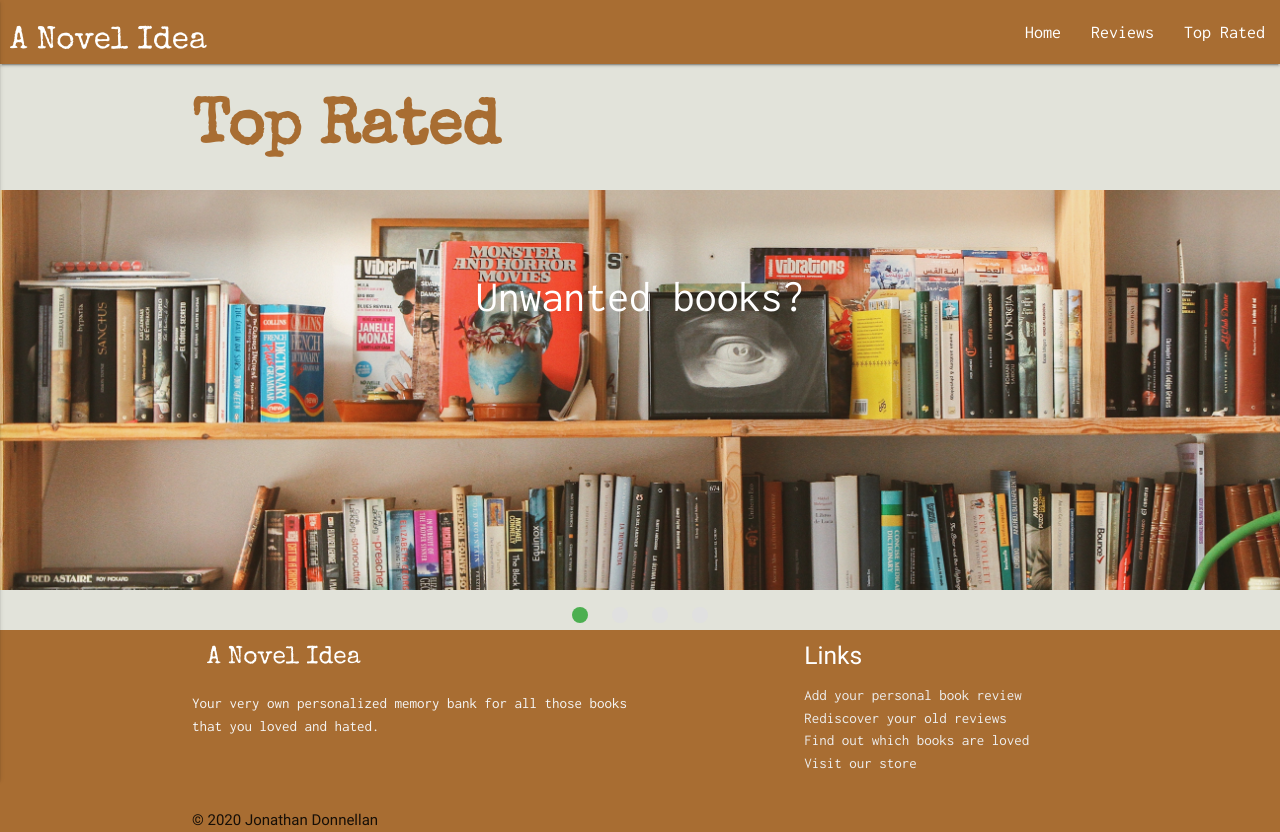
Repository: johnny-don/a-novel-idea
Page: http://localhost/top_rated
The author's editor kept a record of every edit. The page is drawn from the files as they stood at one moment, then again after the next edit.
The browser window is 1280 px wide. The pictures show the whole page.
Some web libraries are served in a nearby version. The page is served by the project's application, run on Flask 3 (app.py). Queries for data that is not in the repository find no rows.

Above is the page before.

### templates/toprated.html
{% extends 'base.html' %} {% block content %}
<div class="row sections"></div>
<div class="container col s6">
    <h1 class="headline">Top Rated</h1>
<ul>
    {% for rating in ratings %}

    <li>
        <div class="collapsible-header">

            <div class="col s12">

                <i class="material-icons prefix text-font">title</i>{{rating.title.upper()}}
                <i class="material-icons prefix text-font"><em>grade</em></i> {{rating.rating}}
            </div>
    </li>
    {% endfor %}

</ul>
</div>
    <div class="slider col s6">
    <ul class="slides">
      <li>
        <img src="static/images/home-bookshelf.jpg">
        <div class="caption center-align">
          <h3 class="text-font">Unwanted books?</h3>
        </div>
      </li>
      <li>
        <img src="static/images/woman-bookstore.jpg">
        <div class="caption left-align">
          <h3 class="text-font">We can find a new owner</h3>

        </div>
      </li>
      <li>
        <img src="static/images/bookshop.jpg">
        <div class="caption right-align">
          <h3 class="text-font">Bring them in</h3>

        </div>
      </li>
      <li>
        <img src="static/images/woman-back-bookstore.jpg">
        <div class="caption center-align">
          <h3 class="text-font">They are safe with us</h3>
          <a href="https://last-bookshop.business.site/" class="light grey-text text-lighten-3 text-font">Click here to visit our store</a>
        </div>
      </li>
    </ul>
  </div>

</div>

















{% endblock %}

### templates/base.html
<!DOCTYPE html>
<html lang="en">

<head>
    <meta charset="UTF-8">
    <meta name="viewport" content="width=device-width, initial-scale=1.0">
    <meta http-equiv="X-UA-Compatible" content="ie=edge">
    <link rel="stylesheet" href="{{url_for('static', filename='css/style.css')}}" type="text/css"/>
    <link href="https://fonts.googleapis.com/icon?family=Material+Icons" rel="stylesheet">
    <link rel="stylesheet" href="https://cdnjs.cloudflare.com/ajax/libs/materialize/0.100.2/css/materialize.min.css">
    <link href="https://fonts.googleapis.com/css?family=Special+Elite&display=swap" rel="stylesheet">


    <title>A Novel Idea</title>
</head>

<body>
      <header>
        <nav class="nav-foot">
            <div class="nav-wrapper">
                <a href="{{url_for('add_review')}}" class=" brand brand-logo">A Novel Idea</a>
                <a href="#" data-activates="mobile-demo" class="button-collapse"><i class="material-icons">menu</i></a>
                <ul id="nav-mobile" class="right hide-on-med-and-down">
                    <li><a href="{{url_for('add_review')}}" class="text-font menu-link">Home</a></li>
                    <li><a href="{{url_for('get_reviews')}}" class="text-font menu-link">Reviews</a></li>
                    <li><a href="{{url_for('top_rated')}}" class="text-font menu-link">Top Rated</a></li>
                </ul>
                <ul class="side-nav" id="mobile-demo">
                     <li><a href="{{url_for('add_review')}}" class="text-font">Home</a></li>
                    <li><a href="{{url_for('get_reviews')}}" class="text-font">Reviews</a></li>
                    <li><a href="{{url_for('top_rated')}}" class="text-font">Top Rated</a></li>
                </ul>
            </div>
        </nav>
    </header>

    {% block content %}
    {% endblock %}


    <footer class="footer nav-foot">
          <div class="container">
            <div class="row">
              <div class="col l6 s12">
                <h5 class="white-text brand">A Novel Idea</h5>
                <p class="grey-text text-lighten-4 text-font">Your very own personalized memory bank for all those books that you loved and hated. </p>
              </div>
              <div class="col l4 offset-l2 s12">
                <h5 class="white-text">Links</h5>
                <ul>

                  <li><a class="grey-text text-lighten-3 text-font" href="{{url_for('add_review')}}">Add your personal book review</a></li>
                  <li><a class="grey-text text-lighten-3 text-font" href="{{url_for('get_reviews')}}">Rediscover your old reviews</a></li>
                  <li><a class="grey-text text-lighten-3 text-font" href="{{url_for('top_rated')}}">Find out which books are loved</a></li>
                  <li><a class="grey-text text-lighten-3 text-font" href="https://last-bookshop.business.site/">Visit our store</a></li>

                </ul>
              </div>
            </div>
          </div>
          <div class="footer-copyright">
            <div class="container">
            © 2020 Jonathan Donnellan

            </div>
          </div>
        </footer>








    <script src="https://cdnjs.cloudflare.com/ajax/libs/jquery/3.2.1/jquery.min.js"></script>
    <script src="https://cdnjs.cloudflare.com/ajax/libs/materialize/0.100.2/js/materialize.min.js"></script>
    <script type="text/javascript">
        $(document).ready(function() {
            $('.collapsible').collapsible();
            $(".button-collapse").sideNav();
            $('.slider').slider();
        });
    </script>
</body>

</html>

### app.py
import os
from flask import Flask, render_template, redirect, request, url_for, request
from flask_pymongo import PyMongo
from bson.objectid import ObjectId


app = Flask(__name__)
app.config["MONGO_DBNAME"] = 'novel_idea'
app.config["MONGO_URI"] = 'mongodb+srv://johnny_don:2gardensmon@cluster0-kzp63.mongodb.net/novel_idea?retryWrites=true&w=majority'


mongo = PyMongo(app)


@app.route('/')


@app.route('/get_reviews')
def get_reviews():
    return render_template("reviews.html", reviews=mongo.db.info.find())

@app.route('/add_review')
def add_review():
    return render_template('addreview.html')

@app.route('/submit_review', methods=['POST'])
def submit_review():
    info = mongo.db.info
    info.insert_one(request.form.to_dict())
    return redirect(url_for('get_reviews'))

@app.route('/edit_review/<review_id>')
def edit_review(review_id):
    the_review = mongo.db.info.find_one({"_id": ObjectId(review_id)})
    return render_template('editreview.html', review=the_review)


@app.route('/update_review/<review_id>', methods=["POST"])
def update_review(review_id):
    reviews=mongo.db.info
    reviews.update( {'_id': ObjectId(review_id)},
    {
        'title':request.form.get('title'),
        'author':request.form.get('author'),
        'genre':request.form.get('genre'),
        'rating':int(request.form.get('rating')),
        'review':request.form.get('review')
    })

    return redirect(url_for('get_reviews'))

@app.route('/delete_review/<review_id>')
def delete_review(review_id):
    mongo.db.info.remove({'_id': ObjectId(review_id)})
    return redirect(url_for('get_reviews'))



@app.route('/top_rated')
def top_rated():
    return render_template("toprated.html", ratings=mongo.db.info.find().sort("rating", -1))





if __name__ == '__main__':
    app.run(host=os.environ.get('IP'),
            port=int(os.environ.get('PORT')),
            debug=True)

### static/css/style.css
@import url('https://fonts.googleapis.com/css?family=Special+Elite&display=swap');
@import url('https://fonts.googleapis.com/css?family=Inconsolata&display=swap');
@import url('https://fonts.googleapis.com/css?family=Inconsolata&display=swap');

/* buttons */

body {
        background-color: #e2e3da;
}


.btn-small {
    margin-left: 15px;
    margin-top: 10px;
    margin-bottom: 10px;
    margin-right: 10px;
    padding: 5px;
    background-color: #a86d32;
    color: white;
    font-family: 'Inconsolata', monospace;
}

/* fonts */

.brand {
   font-family: 'Special Elite', cursive;
   margin: 10px;
   padding: 5px;
}

.headline {
   font-family: 'Special Elite', cursive;
    font-weight: bold;
    color: #a86d32;
}


.text-font {
    font-family: 'Inconsolata', monospace;
}

/* navbar */

.brand {
   font-family: 'Special Elite', cursive;
   margin: 10px;
   padding: 5px;
}

.menu-link {
    font-size: larger;

}

.nav-foot {

    background-color: #a86d32;
}

/* footer */

.page-footer {
    padding-top: 20px;
    color: white;
    background-color: #a86d32;
}

/* icons */

.material-icons {
    margin: 10px;

}

/* image slider */

.slider-text {
    font-family: 'Inconsolata', monospace;
    color: #e2e3da;
    font-weight: bolder;

}

After the next edit:
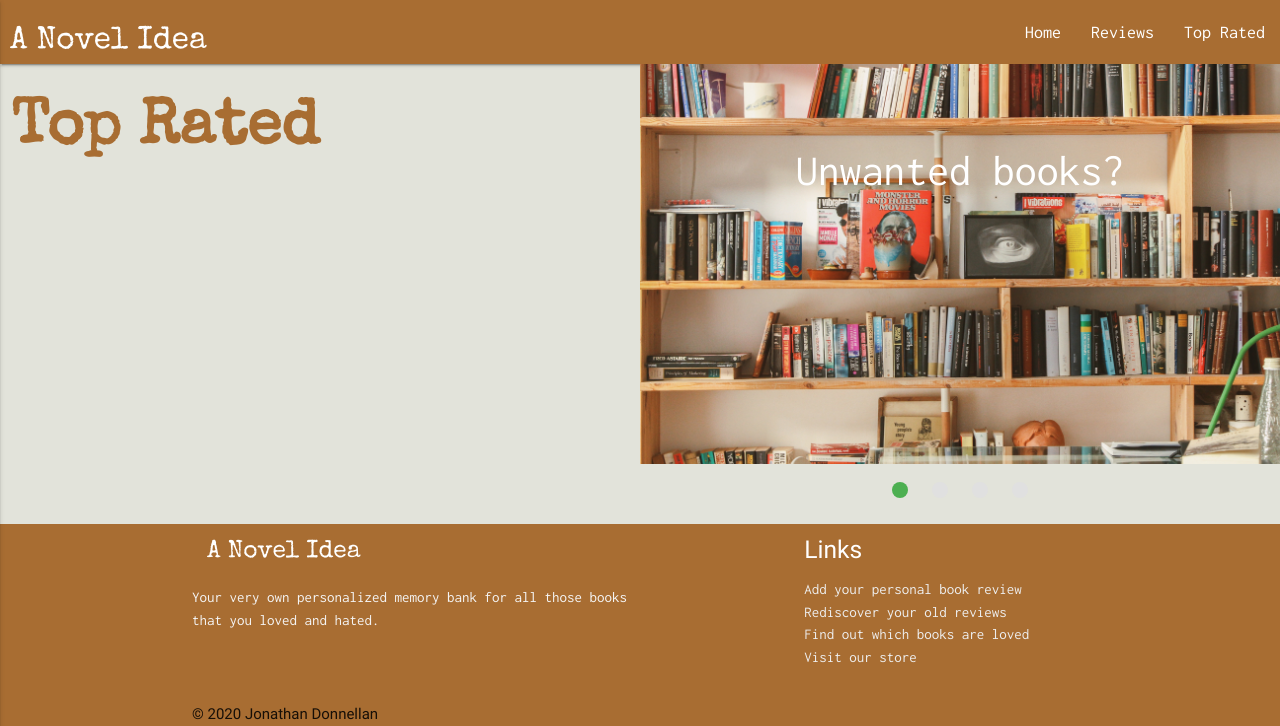
The edit:
--- a/templates/toprated.html
+++ b/templates/toprated.html
@@ -1,5 +1,5 @@
 {% extends 'base.html' %} {% block content %}
-<div class="row sections"></div>
+<div class="row sections">
 <div class="container col s6">
     <h1 class="headline">Top Rated</h1>
 <ul>
